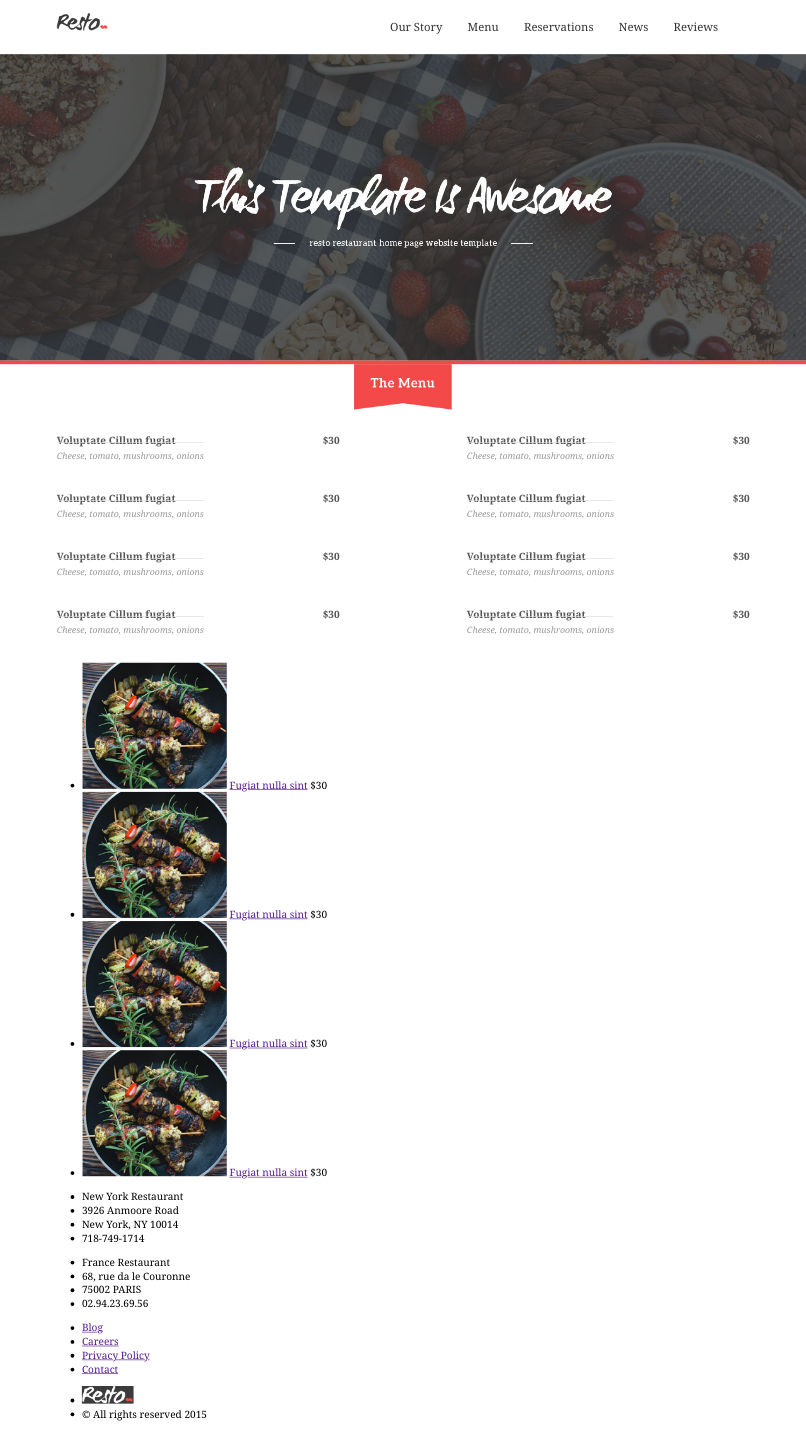
Repository: Piterwk1/psd-to-wordpress
Page: index.html
The author's editor kept a copy of each file at every save. The page is drawn from the files as they stood at one save, then again after the next save.
The browser window is 1280 px wide. The pictures show the whole page, at 63% of full size.

Above is the page before, as saved 2021-09-23 02:59:16.

After the next save:
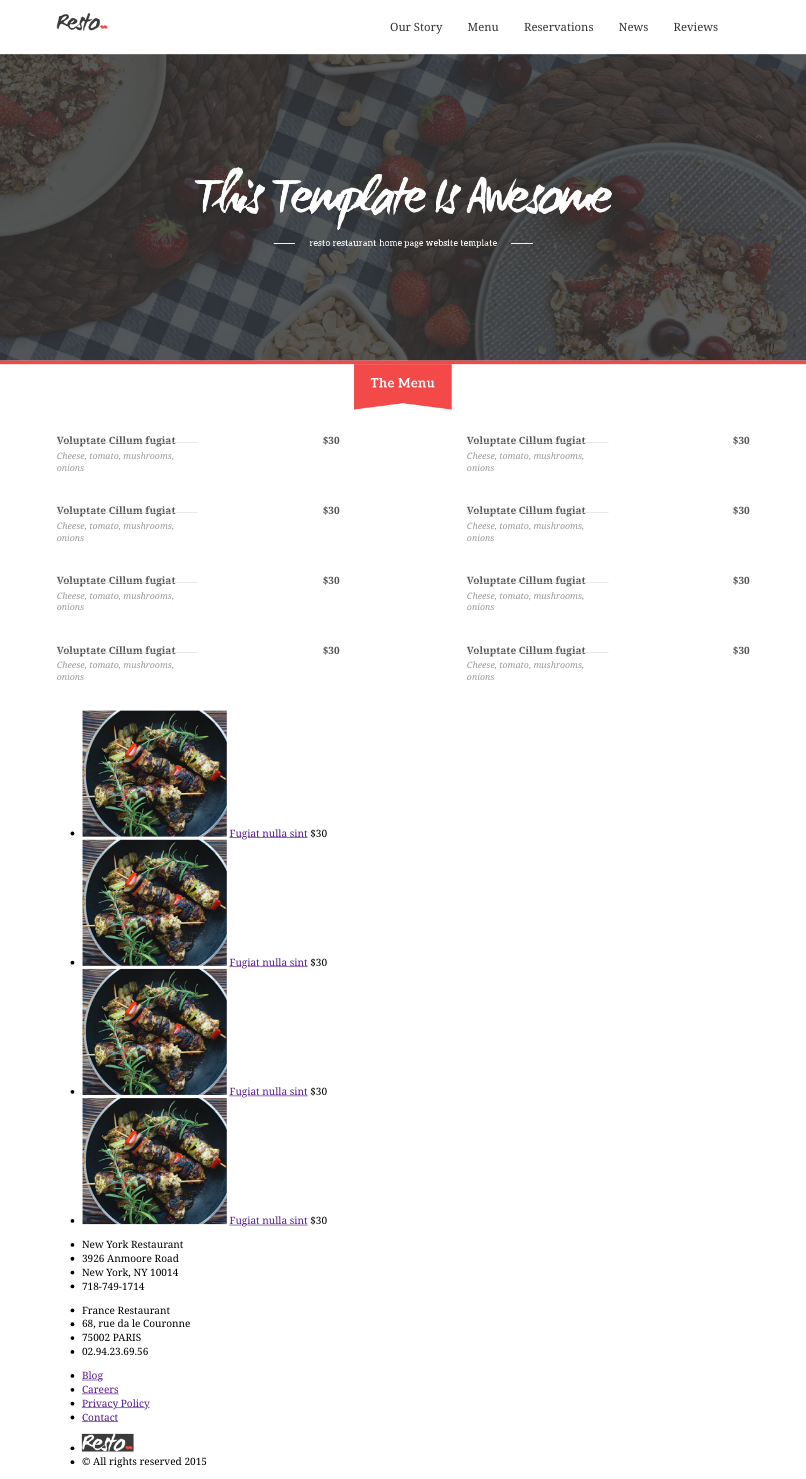
Saved 40 s later.
--- a/style.css
+++ b/style.css
@@ -87,7 +87,7 @@
 }
 
 .dish{
-    width: 90%;
+    width: 50%;
     color: #555;
     font-weight: bold;
 }
@@ -98,6 +98,7 @@
 }
 
 .description {
+    width: 50%;
     color: #999;
     font-style: italic;
     font-size: 14px;

After the save that followed:
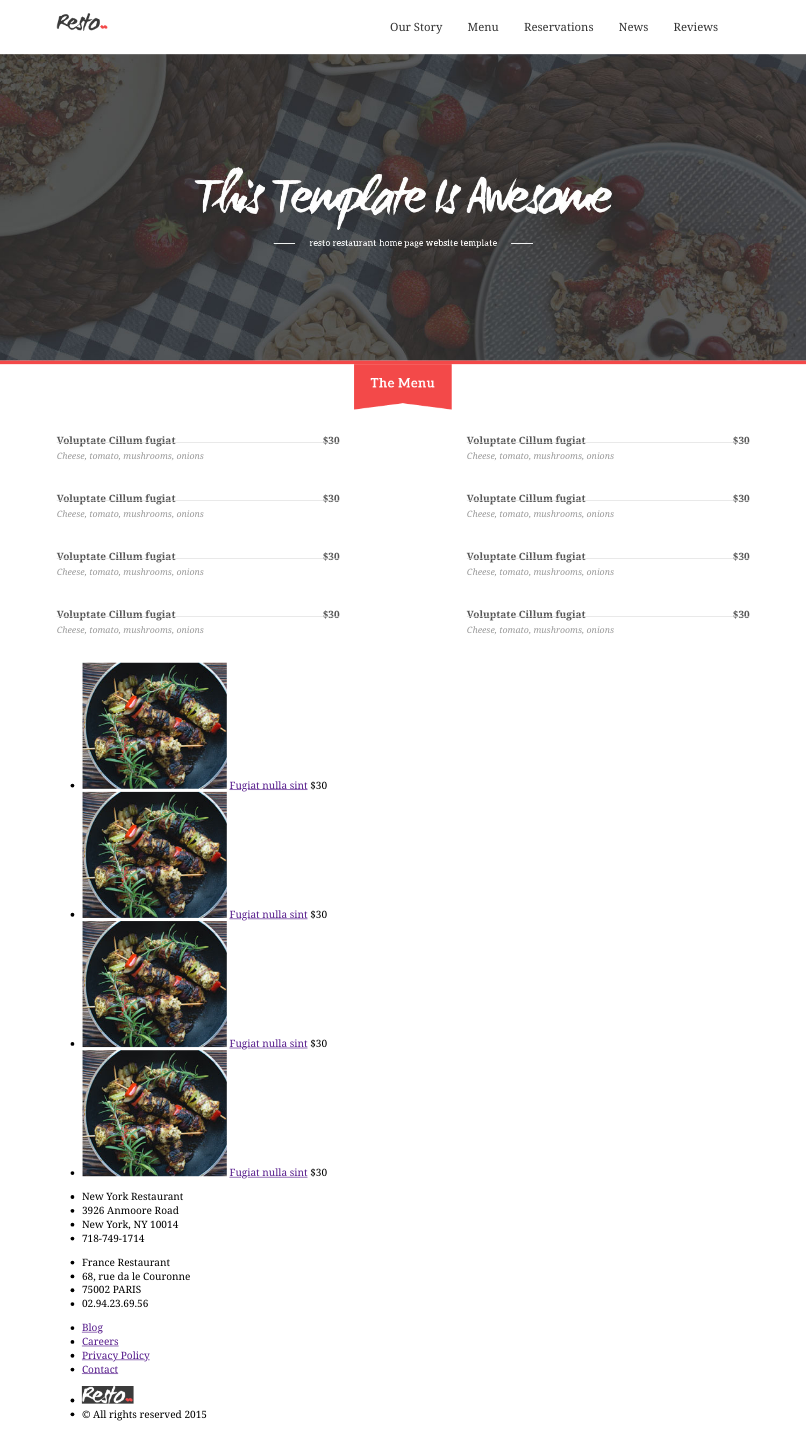
Saved 25 s later.
--- a/style.css
+++ b/style.css
@@ -98,7 +98,7 @@
 }
 
 .description {
-    width: 50%;
+    width: 100%;
     color: #999;
     font-style: italic;
     font-size: 14px;
